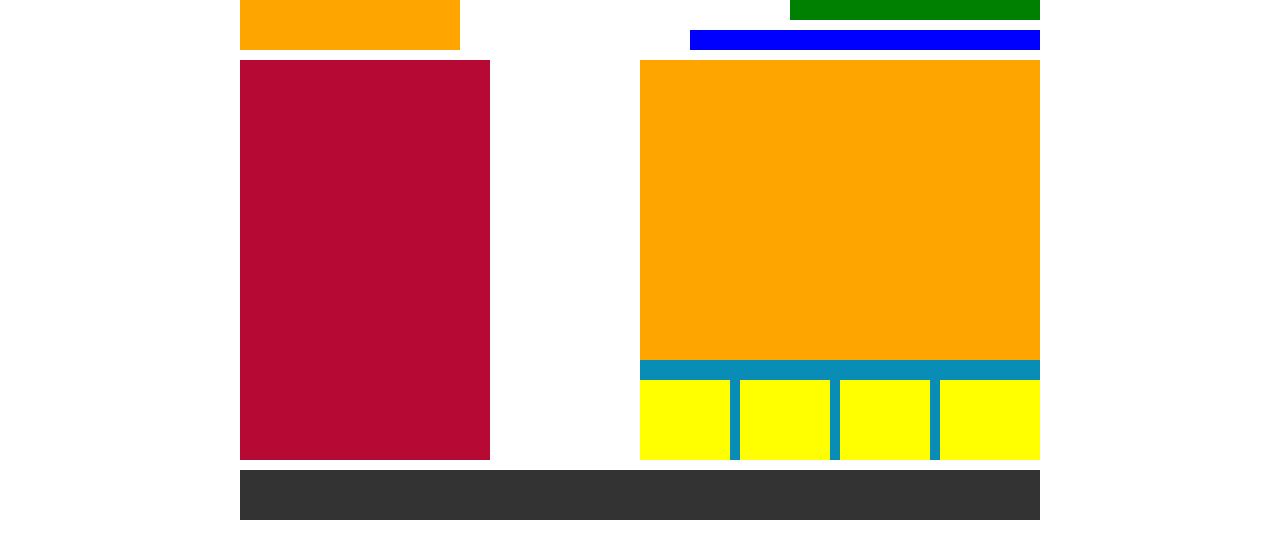
Repository: Tdaine/node
Page: css/code/floatWebLayout.html
The author's editor kept a copy of each file at every save. The page is drawn from the files as they stood at one save, then again after the next save.
The browser window is 1280 px wide. The pictures show the whole page.

Above is the page before, as saved 2021-04-28 15:48:08.

After the next save:
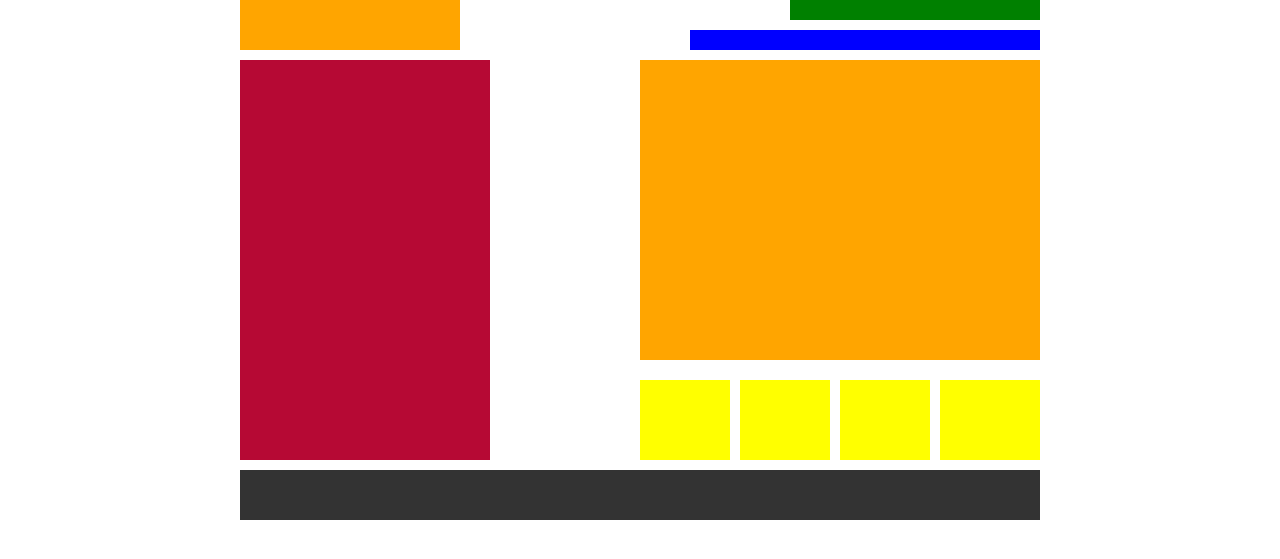
Saved 9 s later.
--- a/css/code/floatWebLayout.html
+++ b/css/code/floatWebLayout.html
@@ -56,7 +56,6 @@
       width: 400px;
       height: 400px;
       float: right;
-      background-color: rgb(9, 141, 182);
     }
     .content main .banner{
       width: 400px;
